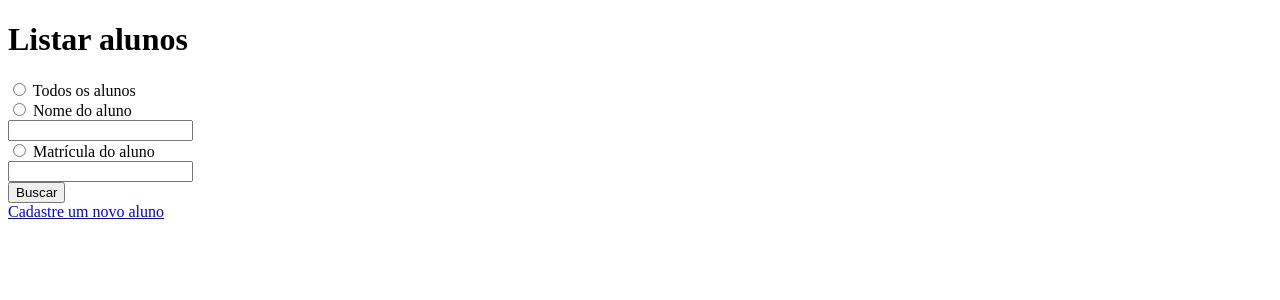
Repository: lorenavasconcellos/Trabalhos-WEB2
Page: CadastroAlunos/src/main/webapp/index.html
These files come from the project's save history. The page is drawn as it stood at one moment and after the next save; the edit follows.
The browser window is 1280 px wide. The pictures show the whole page.

Above is the page before, as saved 2022-12-02 12:16:23.

After the next save:
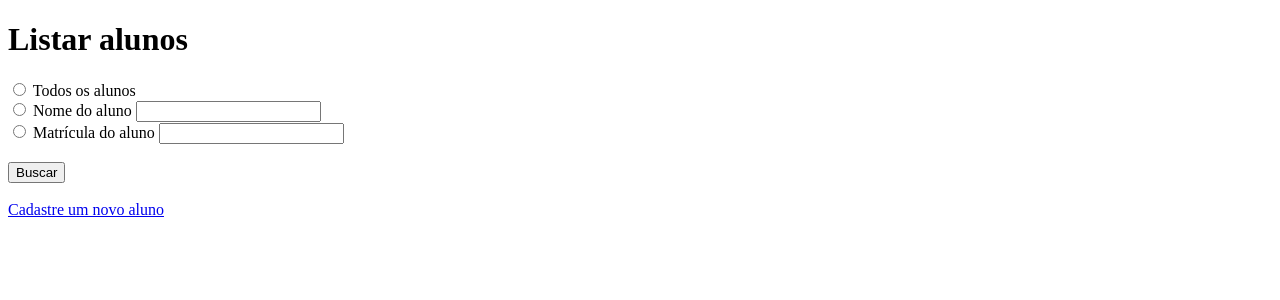
Saved 76 s later.
--- a/CadastroAlunos/src/main/webapp/index.html
+++ b/CadastroAlunos/src/main/webapp/index.html
@@ -11,12 +11,12 @@
 		<input type="radio" id=busca_todos name="busca" value="todos">
 		<label for="busca_todos">Todos os alunos</label><br>
 		<input type="radio" id="busca_nome" name="busca" value="nome">
-		<label for="busca_nome">Nome do aluno</label><br>
+		<label for="busca_nome">Nome do aluno</label>
 		<input type="text" name="nome_busca"><br>
 		<input type="radio" id="busca_matricula" name="busca" value="matricula">
-		<label for="busca_matricula">Matrícula do aluno</label><br>
-		<input type="text" name="matricula_busca"><br>
-		<input type="submit" value="Buscar"><br>
+		<label for="busca_matricula">Matrícula do aluno</label>
+		<input type="text" name="matricula_busca"><br></br>
+		<input type="submit" value="Buscar"><br></br>
 
 		<a href="/cadastrar_aluno.html">Cadastre um novo aluno</a>
 	</form>
